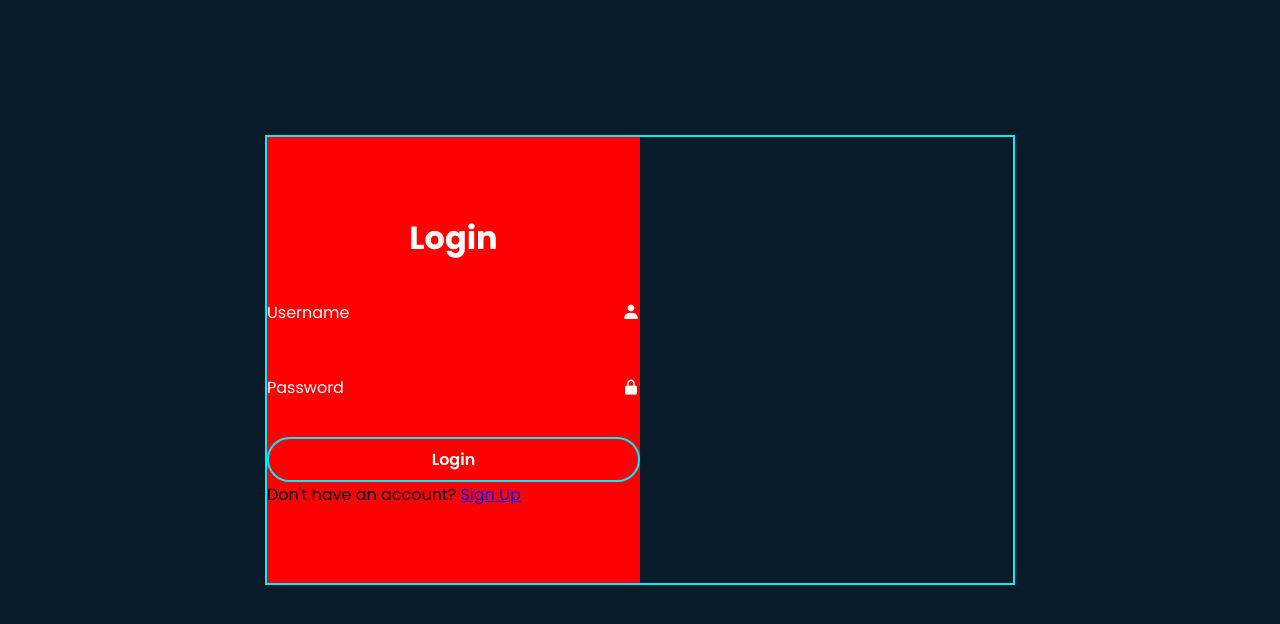
Repository: swastikjhacoder/Login-Registration-HTML
Page: index.html
The author's editor kept a copy of each file at every save. The page is drawn from the files as they stood at one save, then again after the next save.
The browser window is 1280 px wide. The pictures show the whole page.

Above is the page before, as saved 2023-09-18 14:40:56.
Not found: js/toastify.js

After the next save:
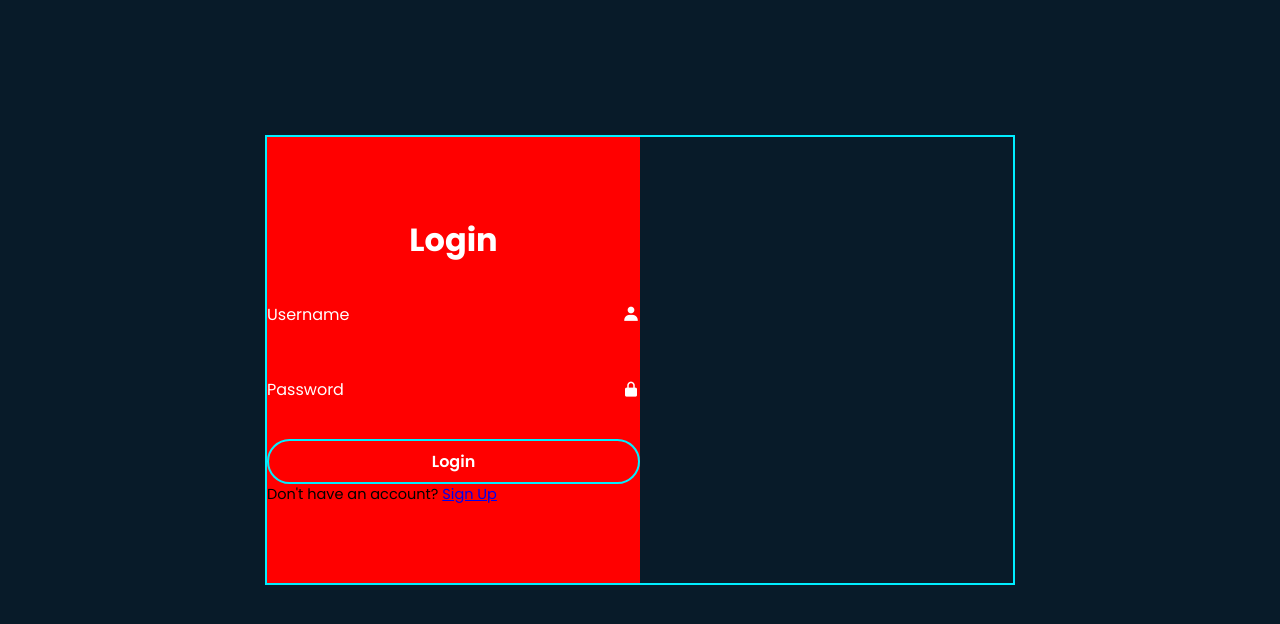
Saved 5 s later.
--- a/style.css
+++ b/style.css
@@ -90,5 +90,6 @@ body {
 }
 
 .form-box .logreg-link {
-    font-size: 1
+    font-size: 14.5px;
+
 }
